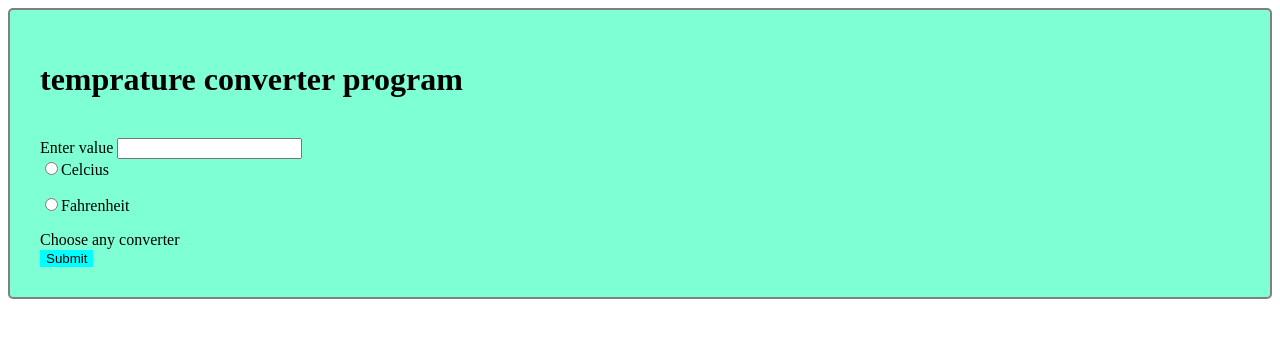
Repository: albinsabu2023/Stopwatch-program
Page: index.html
The author's editor kept a copy of each file at every save. The page is drawn from the files as they stood at one save, then again after the next save.
The browser window is 1280 px wide. The pictures show the whole page.
The pointer rests on the first visible `#submit`.

Above is the page before, as saved 2023-03-02 23:11:20.

After the next save:
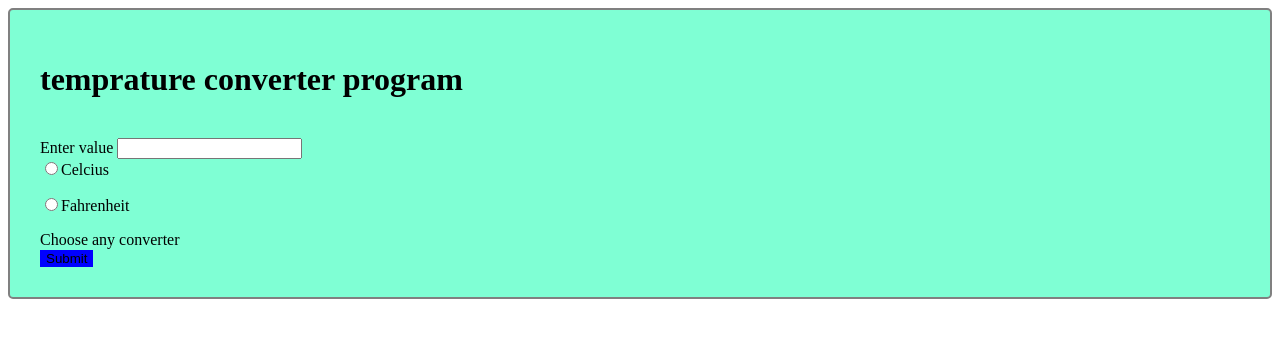
Saved 21 s later.
--- a/style.css
+++ b/style.css
@@ -12,4 +12,8 @@
     border:none;
     display: felx;
     background-color: aqua;
+
 }
+#submit:hover{
+    background-color: blue;
+}
